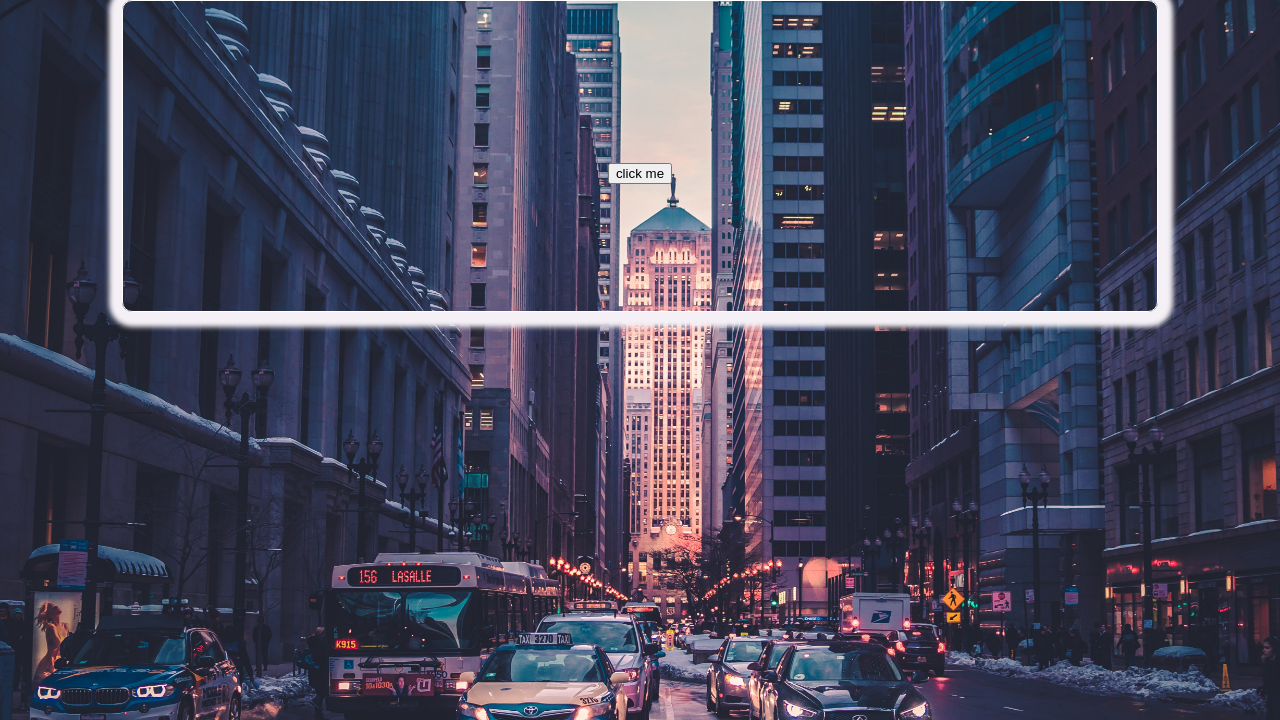
Repository: lamilekan263/random_advice
Page: /
These files come from the project's save history. The page is drawn as it stood at one moment and after the next save; the edit follows.
The browser window is 1280 px wide. The pictures show the whole page.
The page's requests for data from a server got no answer. The project was rebuilt for these pictures with package versions that can differ from the ones it lists, and the page was loaded fresh each time. No one was signed in, and anything a server would have sent is missing.

Above is the page before, as saved 2020-08-10 14:46:27.

### src/App.js
import React from 'react';
import './App.css';
import axios from 'axios'

class App extends React.Component{

  state = {
    advice : ''
  }
 componentDidMount(){
    this.getAdvice()
  }

  getAdvice = ()=>{
    axios.get('https://api.adviceslip.com/advice')
    .then((response) =>{
      const { advice } = response.data.slip;
      console.log(advice)
      this.setState({ advice })
    })

  }

  render(){
    return(
      <div className="app">
        <div className="card">
          <h1> {this.state.advice}</h1>

          <button onClick = {this.getAdvice}>click me</button>
        </div>
      </div>
    )
  }
}


export default App

### src/App.css
body{
  margin:0;
  padding: 0;
  background-image: url('./bg.jpg');
  background-size: cover;
  background-repeat: no-repeat;
  height:100vh;
  background-position: center;
  background: linear-gradient(rgba(0,0,0,0.3))
  display:flex;
  justify-content: center;
  text-align:center;
  align-items: center;
}

.card{
  width:80%;
  margin: 0 auto;
  background-color: transparent;
  border:1px solid white;
  padding:5px;
  border-radius: 10px;
  height:300px;
  display:flex;
  flex-direction:column;
  justify-content: center;
  text-align:center;
  align-items: center;
  -webkit-box-shadow: 1px 1px 5px 14px rgba(245,240,245,1);
  -moz-box-shadow: 1px 1px 5px 14px rgba(245,240,245,1);
  box-shadow: 1px 1px 5px 14px rgba(245,240,245,1);


}
h1{
  font-family: monospace;
  color:white;
}

Loaded but not shown: public/index.html (common file); src/index.js (common file); src/index.css (common file); src/serviceWorker.js (common file)

After the next save:
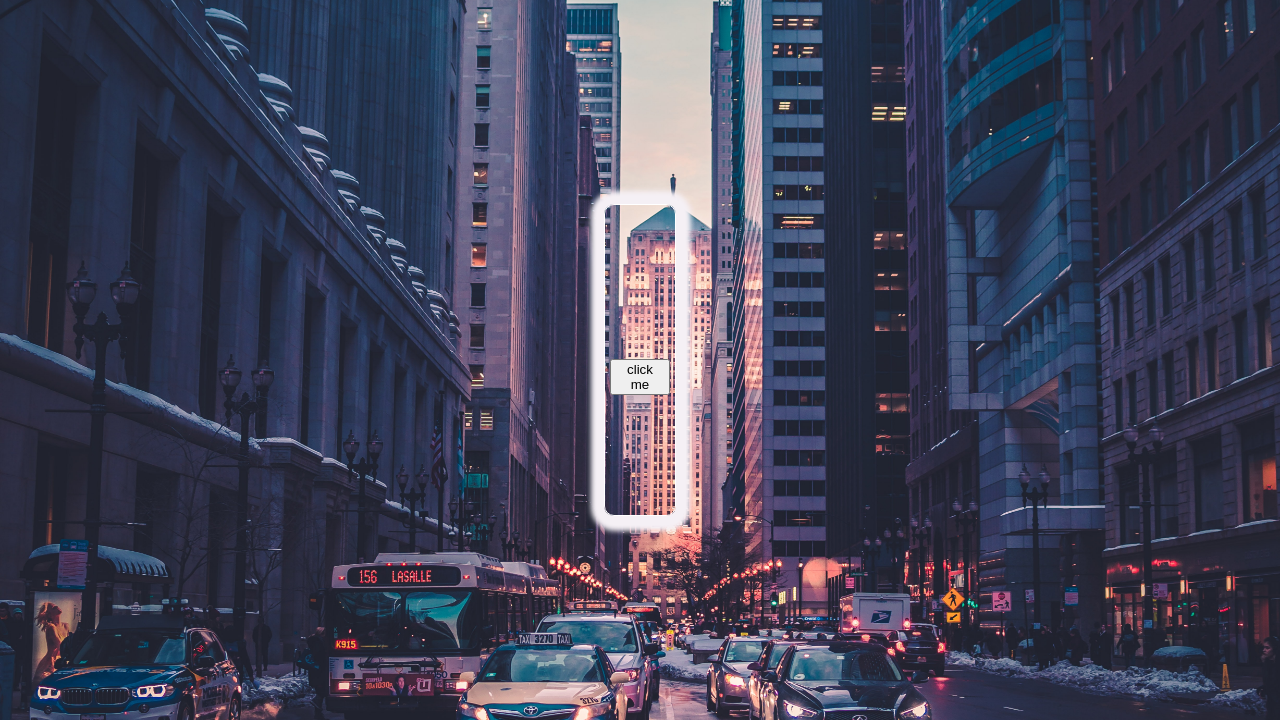
Saved 7 s later.
--- a/src/App.css
+++ b/src/App.css
@@ -6,7 +6,7 @@ body{
   background-repeat: no-repeat;
   height:100vh;
   background-position: center;
-  background: linear-gradient(rgba(0,0,0,0.3))
+  background: linear-gradient(rgba(0,0,0,0.3));
   display:flex;
   justify-content: center;
   text-align:center;
